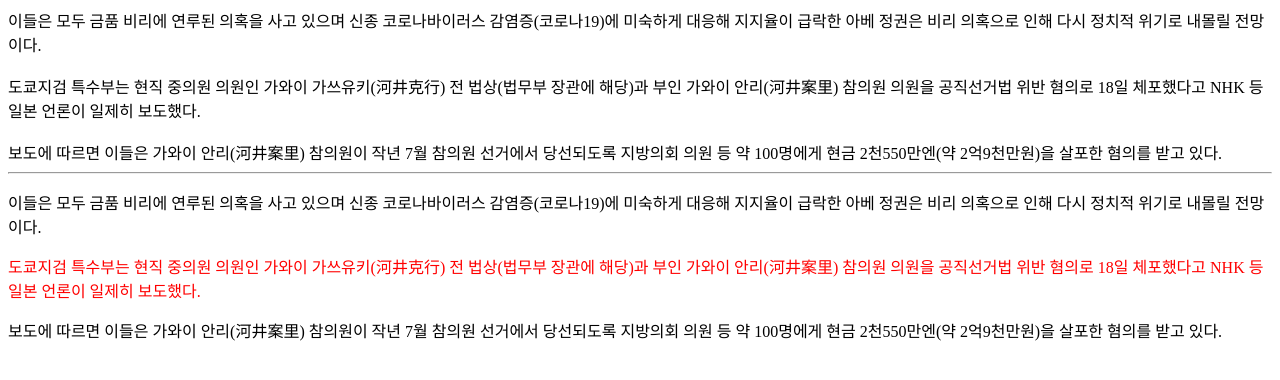
Repository: ssj5037/Class-Study
Page: [5] HTML, CSS, JavaScript/ClientTest/WebContent/Ex06_p.html
An editor plug-in stored every save of this project. The page is shown before and after the next save, followed by the edit.
The browser window is 1280 px wide. The pictures show the whole page.

Above is the page before, as saved 2020-06-18 08:15:46.

### [5] HTML, CSS, JavaScript/ClientTest/WebContent/Ex06_p.html
<!DOCTYPE html>
<html>
<head>
<meta charset="UTF-8">
<title>Insert title here</title>
</head>
<body>
	<!--

		Ex06_p.html

		<p> 태그
		- 문단 태그
		- 텍스트 집합 생성


	-->


	이들은 모두 금품 비리에 연루된 의혹을 사고 있으며 신종 코로나바이러스 감염증(코로나19)에 미숙하게 대응해
	지지율이 급락한 아베 정권은 비리 의혹으로 인해 다시 정치적 위기로 내몰릴 전망이다.
	<br><br>

	도쿄지검 특수부는 현직 중의원 의원인 가와이 가쓰유키(河井克行) 전 법상(법무부 장관에 해당)과
	부인 가와이 안리(河井案里) 참의원 의원을 공직선거법 위반 혐의로 18일 체포했다고 NHK 등 일본 언론이 일제히 보도했다.
	<br><br>

	보도에 따르면 이들은 가와이 안리(河井案里) 참의원이 작년 7월 참의원 선거에서 당선되도록 지방의회 의원 등
	약 100명에게 현금 2천550만엔(약 2억9천만원)을 살포한 혐의를 받고 있다.

	<hr>

	<p>이들은 모두 금품 비리에 연루된 의혹을 사고 있으며 신종 코로나바이러스 감염증(코로나19)에 미숙하게 대응해
	지지율이 급락한 아베 정권은 비리 의혹으로 인해 다시 정치적 위기로 내몰릴 전망이다.</p>


	<p style="color:red;">도쿄지검 특수부는 현직 중의원 의원인 가와이 가쓰유키(河井克行) 전 법상(법무부 장관에 해당)과
	부인 가와이 안리(河井案里) 참의원 의원을 공직선거법 위반 혐의로 18일 체포했다고 NHK 등 일본 언론이 일제히 보도했다.</p>


	<p>보도에 따르면 이들은 가와이 안리(河井案里) 참의원이 작년 7월 참의원 선거에서 당선되도록 지방의회 의원 등
	약 100명에게 현금 2천550만엔(약 2억9천만원)을 살포한 혐의를 받고 있다.</p>

</body>
</html>

After the next save:
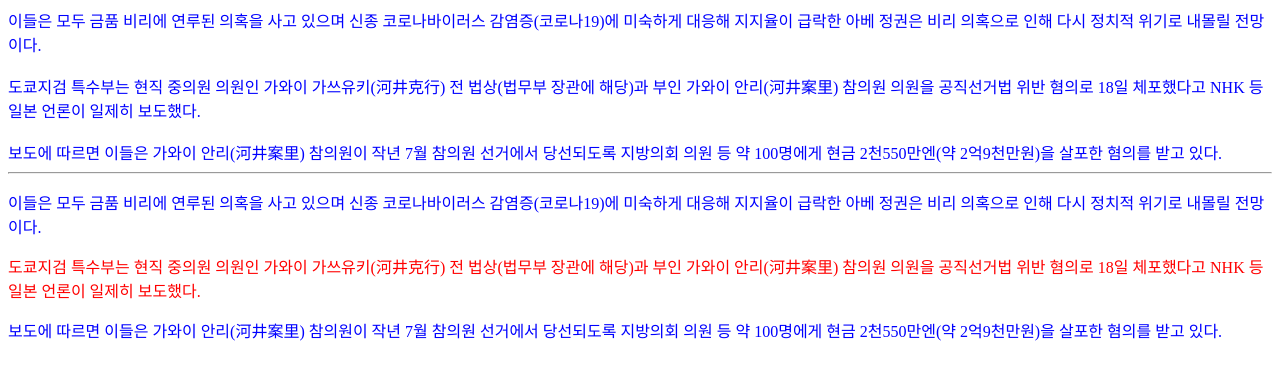
Saved 49 s later.
--- a/[5] HTML, CSS, JavaScript/ClientTest/WebContent/Ex06_p.html
+++ b/[5] HTML, CSS, JavaScript/ClientTest/WebContent/Ex06_p.html
@@ -4,7 +4,7 @@
 <meta charset="UTF-8">
 <title>Insert title here</title>
 </head>
-<body>
+<body style = "color:blue;">
 	<!--
 
 		Ex06_p.html
